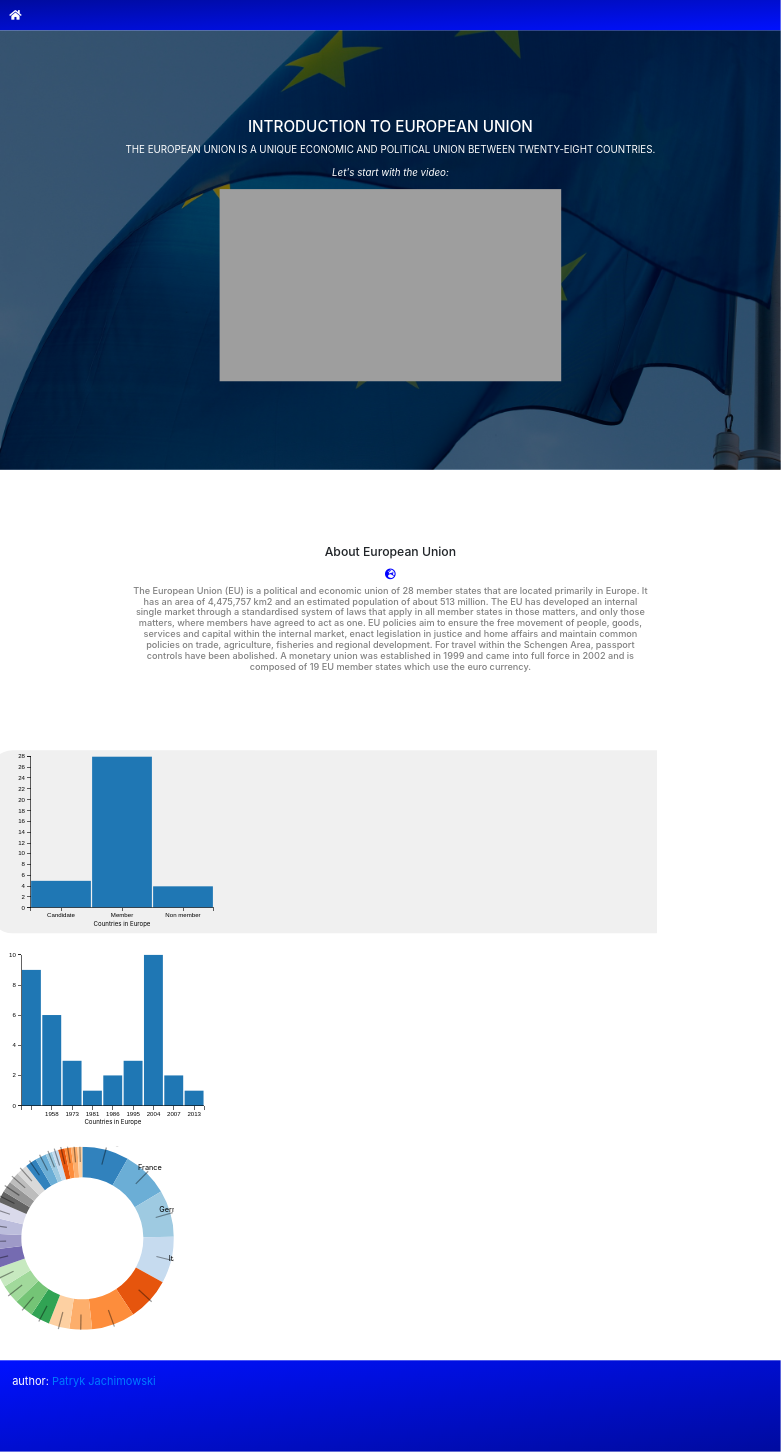
Repository: pjachimowski/renewable
Page: index.html
The author's editor kept a record of every edit. The page is drawn from the files as they stood at one moment, then again after the next edit.
The browser window is 1280 px wide. The pictures show the whole page, at 61% of full size.
Pictures or frames that could not be fetched are drawn as grey boxes. Backgrounds fixed to the window are drawn as part of the page. Some web fonts or font styles are not loaded; a fallback is used. Some web libraries are served in a nearby version.

Above is the page before.

### index.html
<!DOCTYPE html>
<html lang="en">

<head>
    <meta charset="UTF-8">
    <meta name="viewport" content="width=device-width, initial-scale=1.0">
    <meta http-equiv="X-UA-Compatible" content="ie=edge">

    <title>EU Stats</title>

    <link rel="stylesheet" href="static/css/style.css" type="text/css" />
    <link rel="stylesheet" href="static/css/dc.min.css" type="text/css" />
    <link rel="stylesheet" href="static/css/bootstrap.min.css" type="text/css" />
    <link rel="stylesheet" href="https://maxcdn.bootstrapcdn.com/bootstrap/4.1.3/css/bootstrap.min.css">
    <link rel="stylesheet" href="https://use.fontawesome.com/releases/v5.6.1/css/all.css" integrity="sha384-gfdkjb5BdAXd+lj+gudLWI+BXq4IuLW5IT+brZEZsLFm++aCMlF1V92rMkPaX4PP" crossorigin="anonymous">
    <link href="https://fonts.googleapis.com/css?family=Akronim|Raleway" rel="stylesheet">


    <script type="text/javascript" src="static/js/d3.min.js"></script>
    <script type="text/javascript" src="static/js/crossfilter.min.js"></script>
    <script type="text/javascript" src="static/js/dc.min.js"></script>
    <script type="text/javascript" src="static/js/queue.min.js"></script>
    <script type="text/javascript" src="static/js/graphs2.js"></script>
</head>

<body>

    <!-- navbar --------------------------------------------------------------------------------------------->

    <nav class="mynavbar navbar-expand-sm">
        <div>
            <a href="../index.html">
                <p class="fas fa-home home"></p>
            </a>
        </div>
    </nav>

    <!-- callout --------------------------------------------------------------------------------------------->

    <section class="container-callout container-fluid">
        <div class="opaque-overlay">&nbsp;</div>
        <div class="row">
            <div class="col-12 text-center">
                <div>
                    <h1 class="title1">Introduction to European Union</h1>
                </div>
                <div>
                    <p class="title2">The European Union is a unique economic and political union between twenty-eight countries.
                    </p>
                    <p class="title3">Let's start with the video:</p>
                    <iframe width="560" height="315" src="https://www.youtube.com/embed/9eufLQ3sew0" frameborder="0" allow="accelerometer; autoplay; encrypted-media; gyroscope; picture-in-picture" allowfullscreen></iframe>
                </div>
            </div>
        </div>

    </section>
    <!------- intro ------->

    <section class="container-callout-2">
        <div class="row">
            <div class="col-2"></div>
            <div class="col-8 intro text-center">
                <div>
                    <h2>About European Union</h2>
                </div>
                <i class="fas fa-globe-europe devider"></i>
                <div>
                    <h4 class="text2">
                        The European Union (EU) is a political and economic union of 28 member states that are located primarily in Europe. It has an area of 4,475,757 km2 and an estimated population of about 513 million. The EU has developed an internal single market through
                        a standardised system of laws that apply in all member states in those matters, and only those matters, where members have agreed to act as one. EU policies aim to ensure the free movement of people, goods, services and capital
                        within the internal market, enact legislation in justice and home affairs and maintain common policies on trade, agriculture, fisheries and regional development. For travel within the Schengen Area, passport controls have been
                        abolished. A monetary union was established in 1999 and came into full force in 2002 and is composed of 19 EU member states which use the euro currency.
                    </h4>
                </div>
            </div>
            <div class="col-2"></div>
        </div>

    </section>


    <!---- graphs ------------------->


    <section>
        <div class="row chart1">
            <div col-2></div>
            <div class="col-10 card-styling">
                <div id="members_balance">
                </div>
            </div>
        </div>
        <div class="row chart1">
            <div id="year_accession"></div>
        </div>
        <div class="row chart1">
            <div id="council_votes"></div>
        </div>
        <div class="row chart1">
            <div id="parliament-seats"></div>
        </div>
    </section>

    <footer class="">
        <div class="footer">
            <p class="author">author: <a href="https://github.com/pjachimowski">Patryk Jachimowski</a></p>
        </div>
    </footer>
</body>

</html>

### static/css/style.css
html,
body {
    overflow-x: hidden;
}

body {
    font-family: "Railway", sans-serif;
}

/*------- navbar ---------------*/

.home {
    color: white;
    font-size: large;
    margin: 15px 15px 15px 15px;
}

.mynavbar {
    background-image: linear-gradient(to bottom right, #000B9F, #0011FF);
    position: relative;
    min-height: 50px;
    margin-bottom: 0px;

}

/*------- callout -----------*/

.container-callout {
    height: 100vh;
    background: url("../../assets/background1.jpg") no-repeat bottom right fixed;
    -webkit-background-size: cover;
    -moz-background-size: cover;
    -o-background-size: cover;
    background-size: cover;
    display: flex;
    align-items: center;
    justify-content: center;
    position: relative;
    margin-bottom: 50px;
}

.opaque-overlay {
    position: absolute;
    top: 0;
    left: 0;
    height: 100%;
    width: 100%;
    background-color: rgba(0, 0, 0, 0.5);
}

.title1 {
    color: white;
    text-transform: uppercase;

}

.title2 {
    font-size: medium;
    text-transform: uppercase;
    margin: 10px 50px 15px 50px;
    display: block;
    color: white;
}

.title3 {
    font-size: medium;
    font-style: italic;
    margin: 10px 50px 15px 50px;
    display: block;
    color: white;
}
/*---------- intro ----------*/

.container-callout-2 {
    height: 50vh;
    margin-bottom: 50px;
    -webkit-background-size: cover;
    -moz-background-size: cover;
    -o-background-size: cover;
    background-size: cover;
    display: flex;
    align-items: center;
    justify-content: center;
    position: relative;
}

.devider {
    color: blue;
    font-size: large;
    margin: 10px;
}

.text2 {
    color: gray;
}

/* ----------- charts cointainers --------*/

.chart1 {
    display: block;
    margin: 15px 10px 25px 10px;
}

.card-styling {
    background-color: #F0F0F0;
    border-radius: 35px 0px 0px 35px;
}

.charts {
    margin: 20px;
}

.about-charts {
    text-align: center;
}

/* ---------- footer ---------*/

.footer {
    background-image: linear-gradient(to bottom right, #0011FF, #000B9F);
    min-height: 150px;
    width: 100%;
    color: white;
    position: relative;
}

.author {
    font-size: large;
    padding: 20px 40px 10px 20px;
}

### static/js/graphs2.js
queue()
    .defer(d3.csv, "data/states.csv")
    .await(makeGraphs);

function makeGraphs(error, statesData) {
    var ndx = crossfilter(statesData);

    show_members_balance(ndx);
    show_year_accession(ndx);

    // pie charts

    show_council_votes(ndx);
    // show_parliament_seats(ndx);

    dc.renderAll();
}

/* ------ show_members_balance --------*/

function show_members_balance(ndx) {
    var dim = ndx.dimension(dc.pluck('European_Union'));
    var group = dim.group();

    dc.barChart("#members_balance")
        .width(400)
        .height(300)
        .margins({ top: 10, right: 50, bottom: 30, left: 50 })
        .dimension(dim)
        .group(group)
        .transitionDuration(500)
        .x(d3.scale.ordinal())
        .xUnits(dc.units.ordinal)
        .elasticY(true)
        .xAxisLabel("Countries in Europe")
        .yAxis().ticks(20);
}

/* ------ show_year_accession --------*/

function show_year_accession(ndx) {
    var dim = ndx.dimension(dc.pluck('Accession_Year'));
    var group = dim.group();

    dc.barChart("#year_accession")
        .width(400)
        .height(300)
        .margins({ top: 10, right: 50, bottom: 30, left: 50 })
        .dimension(dim)
        .group(group)
        .transitionDuration(500)
        .x(d3.scale.ordinal())
        .xUnits(dc.units.ordinal)
        .elasticY(true)
        .xAxisLabel("Countries in Europe")
        .yAxis().ticks(5);
}

/* ----- show_council_votes ------------*/

function show_council_votes(ndx) {
    var dim = ndx.dimension(d => d.country);
    var group = dim.group().reduceSum(d => d.council_votes);

    dc.pieChart("#council_votes")
        .height(300)
        .radius(300)
        .slicesCap(37)
        .innerRadius(100)
        .dimension(dim)
        .group(group)
        .renderLabel(true)
        .drawPaths(true)
        .externalLabels(8);
        // .on('pretransition', function(chart) {
        //    chart.selectAll('text.pie-slice').text(function(d) {
       //         return d.data.key + ': ' + Math.round((d.endAngle - d.startAngle) / (2  Math.PI)  100) + '%';
        //    });
       // });
}





/*

var pieChart = dc.pieChart('#council_votes');
// d3.csv("data/.csv", function(errors, people) {
// console.log(people);
// var mycrossfilter = crossfilter(people);

var councilDimension = mycrossfilter.dimension(function(data) {
    return data.council_votes;
});
var councilGroup = councilDimension.group().reduceCount();

pieChart
    .width(800)
    .height(300)
    .dimension(councilDimension)
    .group(councilGroup)
    .on('renderlet', function(chart) {
        chart.selectAll('rect').on('click', function(d) {
            console.log('click!', d);
        });
    });


*/
/* ----- show_parliament_seats ------------*/

Loaded but not shown: static/css/dc.min.css (library); static/css/bootstrap.min.css (library); static/js/d3.min.js (library); static/js/crossfilter.min.js (library); static/js/dc.min.js (library); static/js/queue.min.js (common file)

After the next edit:
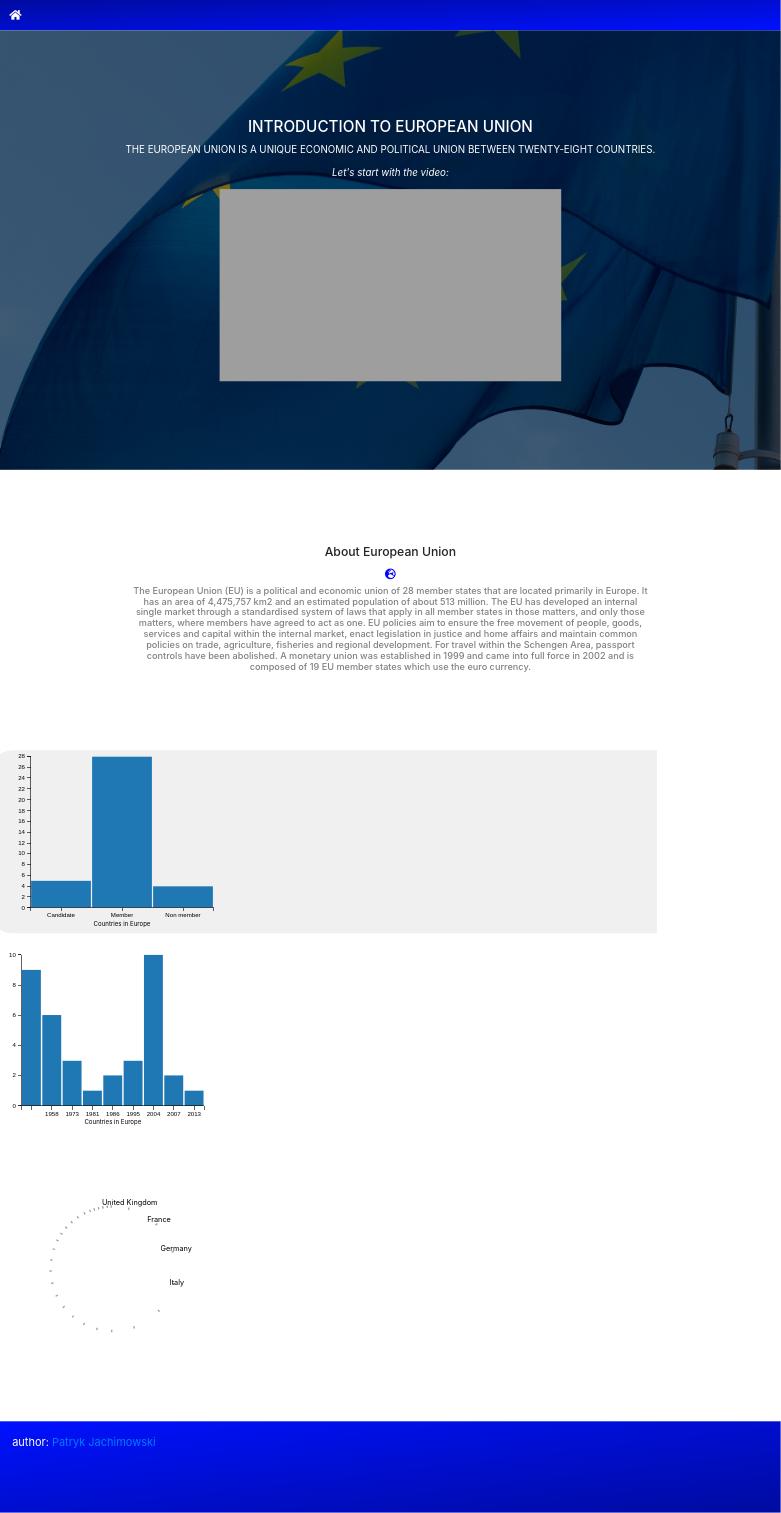
The edit:
--- a/static/js/graphs2.js
+++ b/static/js/graphs2.js
@@ -63,8 +63,9 @@
     var group = dim.group().reduceSum(d => d.council_votes);
 
     dc.pieChart("#council_votes")
-        .height(300)
-        .radius(300)
+        .height(400)
+        .width(400)
+        .radius(100)
         .slicesCap(37)
         .innerRadius(100)
         .dimension(dim)
